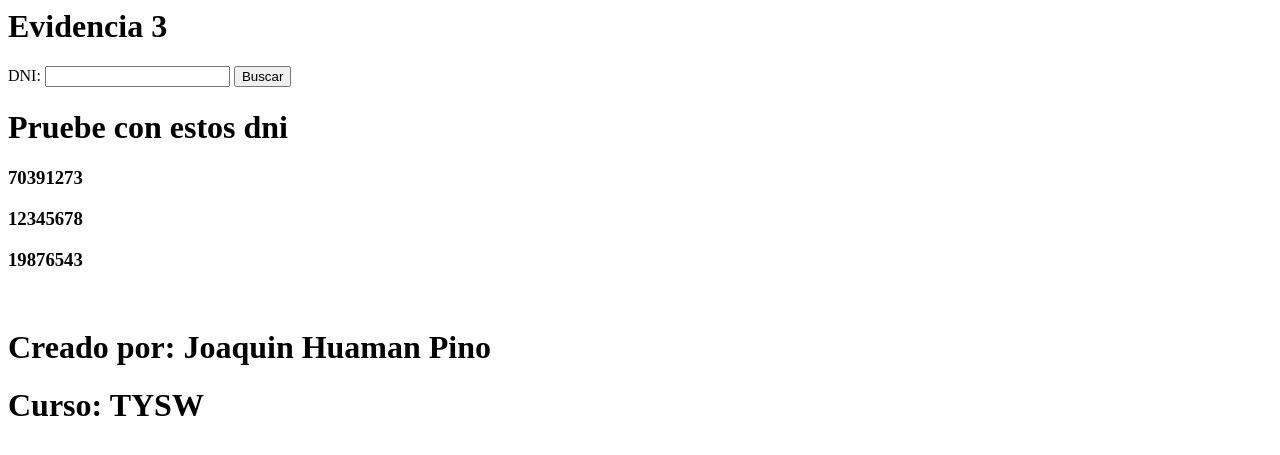
Repository: quino22/ulasalle
Page: ev3-70391273/war/index.html
These files come from the project's save history. The page is drawn as it stood at one moment and after the next save; the edit follows.
The browser window is 1280 px wide. The pictures show the whole page.

Above is the page before, as saved 2016-11-04 16:49:45.

After the next save:
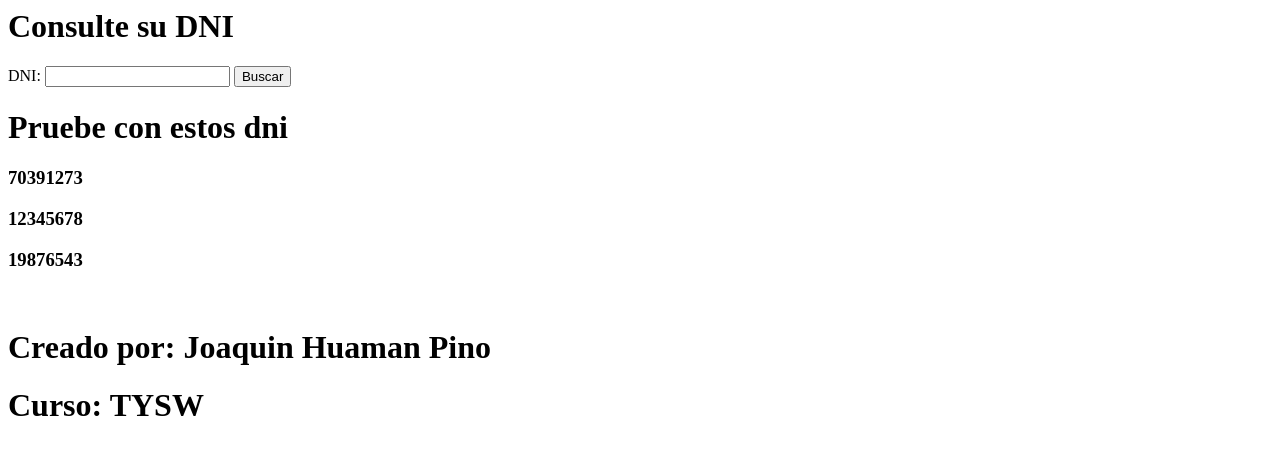
Saved 26 s later.
--- a/ev3-70391273/war/index.html
+++ b/ev3-70391273/war/index.html
@@ -13,7 +13,7 @@
   </head>
 
   <body>
-    <h1>Evidencia 3</h1>
+    <h1>Consulte su DNI</h1>
 
 	<form action="/ev3_70391273" method="get">
 		DNI: <input type="text" name="dni">
